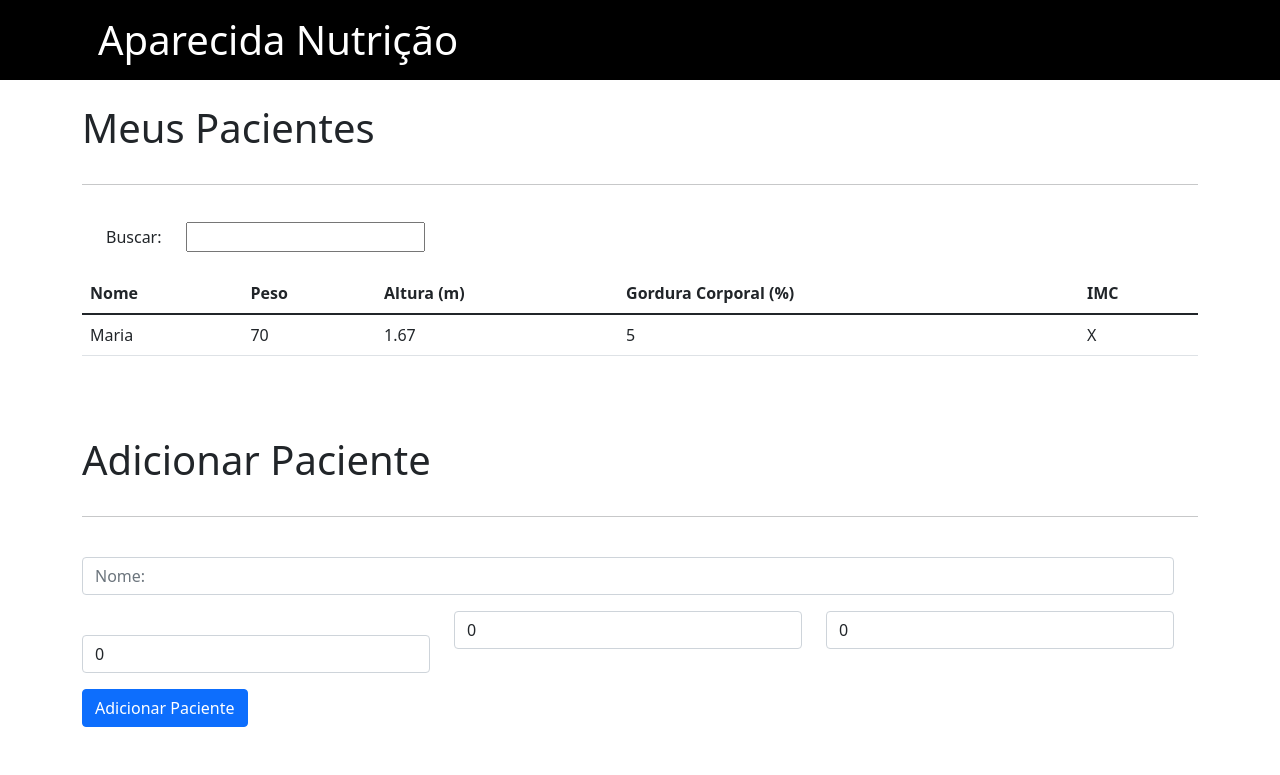
Repository: eversonps/app-paciente
Page: / (app in frontend/)
An editor plug-in stored every save of this project. The page is shown before and after the next save, followed by the edit.
The browser window is 1280 px wide. The pictures show the whole page.
The project was rebuilt for these pictures with package versions that can differ from the ones it lists, and the page was loaded fresh each time.

Above is the page before, as saved 2022-03-28 15:03:03.

After the next save:
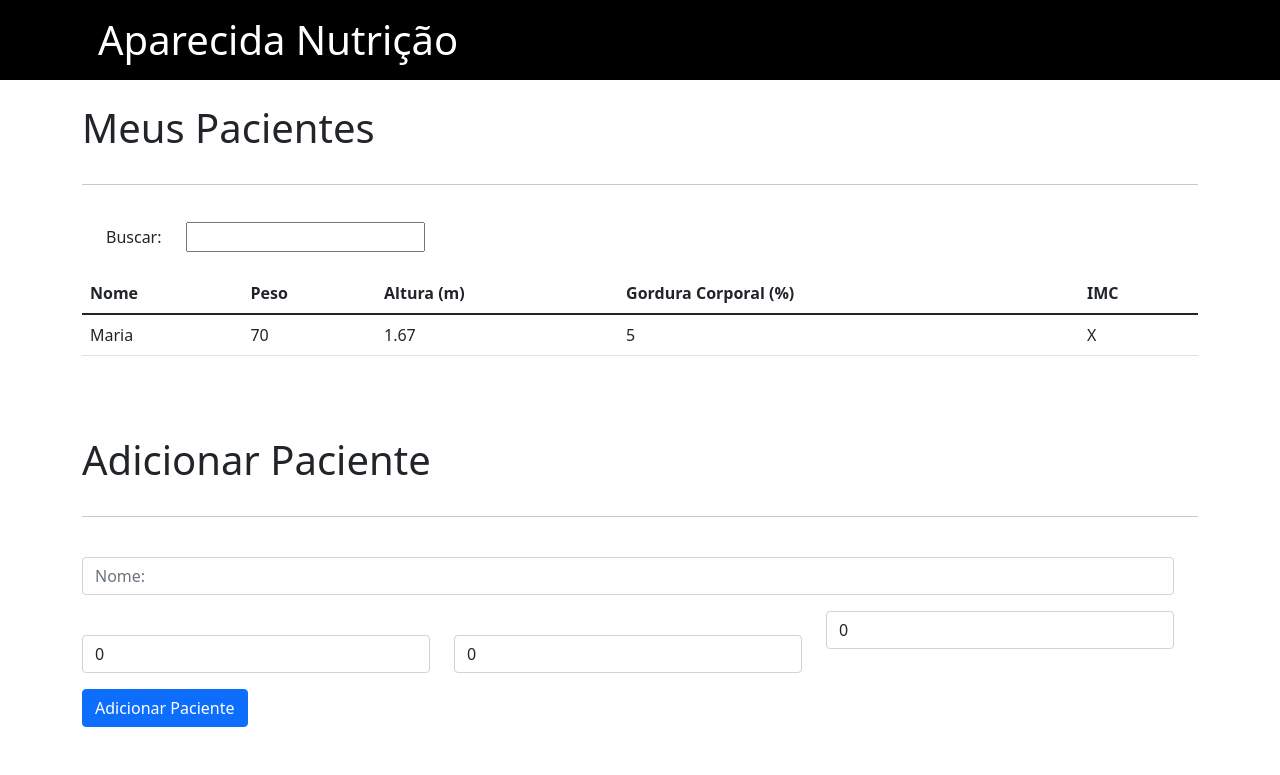
Saved 5 s later.
--- a/frontend/src/Templates/FormPacients.jsx
+++ b/frontend/src/Templates/FormPacients.jsx
@@ -32,6 +32,7 @@ export default class FormPacients extends Component{
                             <input type="number" className="form-control" placeholder="Peso:" value={this.state.peso}/>
                         </div>
                         <div className="col">
+                            <label htmlFor=""></label>
                             <input type="number" className="form-control" placeholder="Altura:" value={this.state.altura}/>
                         </div>
                         <div className="col">
